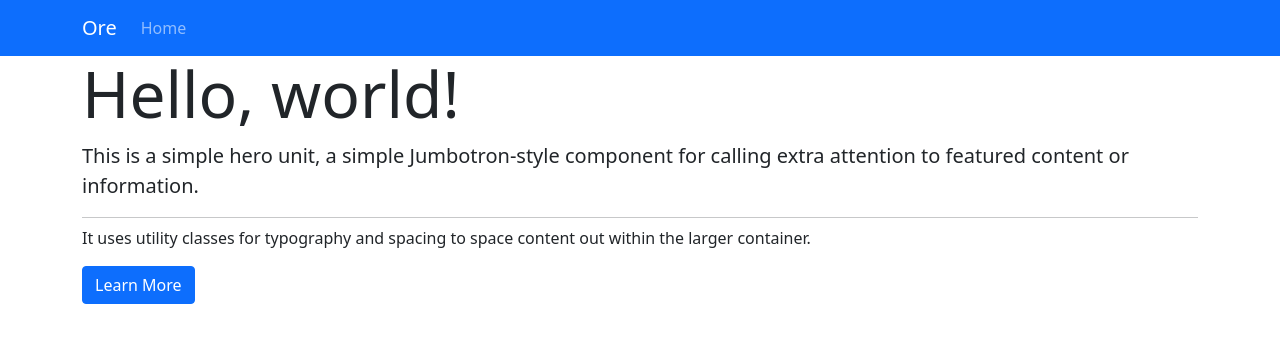
Repository: thf4/React-Front
Page: /
These files come from the project's save history. The page is drawn as it stood at one moment and after a run of saves; the edit follows.
The browser window is 1280 px wide. The pictures show the whole page.
The project was rebuilt for these pictures with package versions that can differ from the ones it lists, and the page was loaded fresh each time. Also part of the build but not shown: src/config/index.js, src/pages/Home/index.js, src/pages/Vizualizar/index.js, src/config/cadastrar.js, src/pages/Cadastrar/index.js, src/pages/Editar/index.js.

Above is the page before, as saved 2021-05-07 15:39:54.

After the next 3 saves:
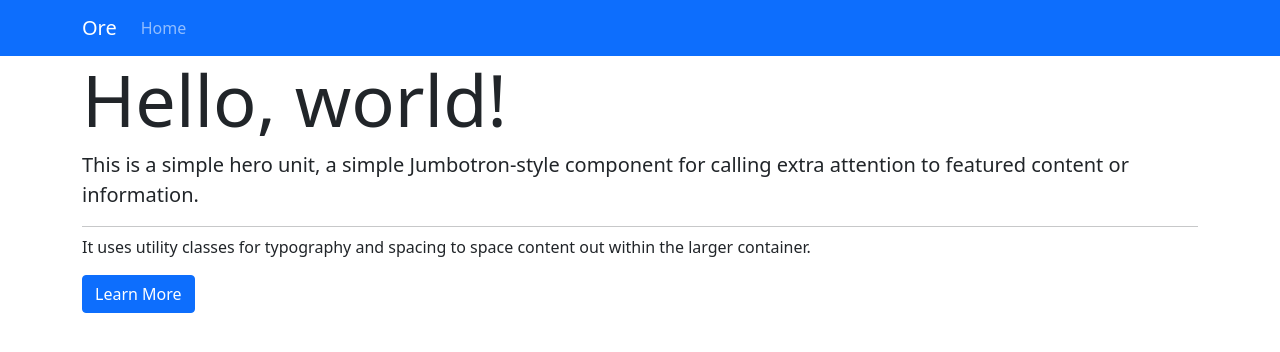
The 3 saves are shown as one change because they came seconds apart.
The last was saved 36 s later.
--- a/src/pages/Login/index.js
+++ b/src/pages/Login/index.js
@@ -6,7 +6,7 @@ export const Login = (props) => {
     <div>
       <Jumbotron>
         <Container>
-          <h1 className="display-3">Hello, world!</h1>
+          <h1 className="display-2">Hello, world!</h1>
           <p className="lead">
             This is a simple hero unit, a simple Jumbotron-style component for
             calling extra attention to featured content or information.
